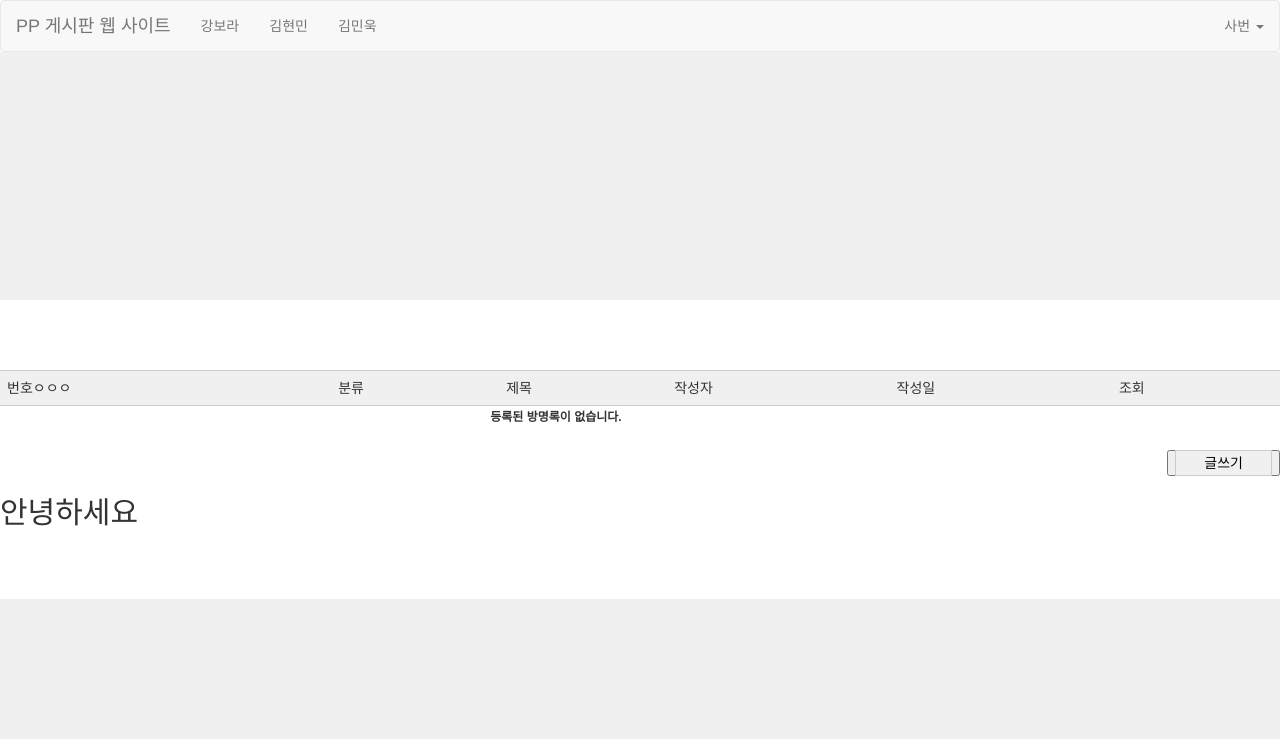
Repository: hyunminini/CommunityPage
Page: http://localhost/PP_Project/empMain.jsp
An editor plug-in stored every save of this project. The page is shown before and after the next save, followed by the edit.
The browser window is 1280 px wide. The pictures show the whole page.
Some web libraries are served in a nearby version. The page is served by Tomcat 9. Other server files are loaded and not shown. The template is opened directly, without the code that normally fills it, so the values that code supplies are empty.

Above is the page before, as saved 2022-09-28 09:14:34.

### PP_Project/WebContent/empMain.jsp
<%@ page language="java" contentType="text/html; charset=utf-8" pageEncoding="utf-8"%>
<%@ taglib prefix="c" uri="http://java.sun.com/jsp/jstl/core" %>
<%@ taglib prefix="fn" uri="http://java.sun.com/jsp/jstl/functions" %>

<!DOCTYPE html>
<html>
<head>
<meta http-equiv="Content-Type" content="text/html; charset=utf-8">
<meta name="viewport" content="width=device-width" initial-scal="1">
<link rel="stylesheet" href="css/bootstrap.css">
<link rel="stylesheet" href="css/layout.css">
<link rel="stylesheet" href="css/board-list.css">
<title>Main.jsp</title>


</head>
<body>

<!-- 네비게이션 -->
<nav class="navbar navbar-default">
		<!-- 네비게이션 상단 Header  -->
		<div class="navnar-header">
			<button
				type="button"
				class="navbar-toggle collapese"
				data-toggle="collapse"
				data-target="#bs-example-navbar-collapse-1"
				aria-expanded="false">

				<span class="icon-bar"></span>
				<span class="icon-bar"></span>
				<span class="icon-bar"></span>
			</button>
			<a class="navbar-brand" href="main.jsp">
				PP 게시판 웹 사이트
			</a>
		</div>

		<!-- 메뉴 영역 깃허브 링크 이동 -->
		<div class="collapse navbar-collapse" id="bs-example-navbar-collapse-1">
			<ul class="nav navbar-nav">
				<li><a href="#">강보라</a></li>
				<li><a href="#">김현민</a></li>
				<li><a href="#">김민욱</a></li>
			</ul>

			<!-- 메뉴 드랍다운 영역 -->
			<ul class="nav navbar-nav navbar-right">
				<li class="dropdown">
					<a href="#"
						class="dropdown-toggle"
						data-toggle="dropdown"
						role="button"
						aria-haspopup="true"
						aria-expanded="false"
					>
						사번  ${sessionScope.empno}

					<span class="caret"></span>
					</a>

				<!-- 드랍다운 아이템 영역 -->
				<ul class="dropdown-menu">
					<li class="active">
						<a href="logoutAction.jsp">로그아웃</a>
					</li>
				</ul>
			</li>
		</ul>
	</div>
</nav>

	<!-- 메인 이미지 -->
<div class="mainImg"></div>




<table align="center" border="0" cellpadding="5" cellspacing="2" width="100%" bordercolordark="white" bordercolorlight="black">

	<tr class="list-title">
        <td>
        	<p>번호ㅇㅇㅇ</p>
        </td>
        <td>
			<p>분류</p>
        </td>
        <td>
			<p>제목</p>
        </td>
        <td>
			<p>작성자</p>
        </td>
        <td>
			<p>작성일</p>
        </td>
        <td>
			<p>조회</p>
        </td>
    </tr>

 	<c:if test="${empty Main || fn:length(Main) == 0}">
		<tr>
	        <td colspan="5">
	            <p align="center"><b><span style="font-size:9pt;">등록된 방명록이 없습니다.</span></b></p>
	        </td>
	    </tr>
	</c:if>
		<c:forEach items="${requestScope.admin_entity}" var="data">

				    <tr class="board-list">
				        <td>
				            <p>공지사항</p>
				        </td>
				        <td>
				            <p>${data.category}</p>
				        </td>

			     		<td >
				            <p>
				           		<a href="ppProject.do?command=read&board_cnum=${data.board_cnum}"> <strong>${data.title}</strong></a>
				            </p>
				        </td>

				       <td>
				            <p>${data.ename}</p>
				        </td>
				        <td >
				            <p>${data.write_date}</p>
				        </td>
				        <td>
				            <p>${data.readnum}</p>
				        </td>
				    </tr>

			</c:forEach>
	<%-- ArrayList에  BoardDTO 객체를 하나하나 data라는 반복 대입해서 사용 --%>
	<c:forEach items="${requestScope.Main}" var="data">
		    <tr class="board-list">
		        <td>
		            <p>${data.board_cnum}</p>
		        </td>

		        <td>
		            <p>${data.category}</p>
		        </td>

	     		<td >
		            <p>
		           		<a href="board.do?command=read&board_cnum=${data.board_cnum}">${data.title}</a>
		            </p>
		        </td>

		       <td>
		            <p>${data.ename}</p>
		        </td>
		        <td >
		            <p>${data.write_date}</p>
		        </td>
		        <td>
		            <p>${data.readnum}</p>
		        </td>
		    </tr>
	</c:forEach>


</table>
<div class="add-wrap">
	<form action="board.do" method="post">

	<button type="submit"><a href="board.do?command=write&empno=${empno}">글쓰기</a></button>


	<input type="hidden" name="empno" value="${empno}"></input>

	</form>
</div>
<div><h2>안녕하세요</h2></div>
<footer>
	<div class="max-wrap">

	</div>
</footer>

<script src="https://code.jquery.com/jquery-3.1.1.min.js"></script>
<script src="js/bootstrap.js"></script>

</body>
</html>

### PP_Project/WebContent/css/layout.css
@charset "UTF-8";

	.navbar {
		margin: 0;
	}
	.mainImg {
		background: #f0f0f0;
		width: 100%;
		height: 248px;
	}

	footer {
		width:100%;
		height: 10em;
		margin: 0 auto;
		background: #f0f0f0;
		margin-top: 5em;
	}

### PP_Project/WebContent/css/board-list.css
@charset "UTF-8";

table {
	margin-top: 5em;
}

.list-title {
}

.list-title td {
	background: #f0f0f0;
	border-top: 1px solid #ccc;
	border-bottom: 1px solid #ccc;
}

.list-title p {
	margin: 0;
	padding: 0.5em;
}

.board-list td {
	border-bottom: 1px solid #ccc;
}

.board-list p {
	margin: 0;
	padding: 0.5em;
}

.board-list p a {
	color: #000;
}

.add-wrap a {
	padding: 0.3em 2em 0.3em 2em;
	background: #f0f0f0;
	border: 1px solid #ccc;
	color: #000;
}

.add-wrap {
	margin-top: 1em;
	text-align:right;
}

Loaded but not shown: PP_Project/WebContent/css/bootstrap.css (library); PP_Project/WebContent/js/bootstrap.js (library)

After the next save:
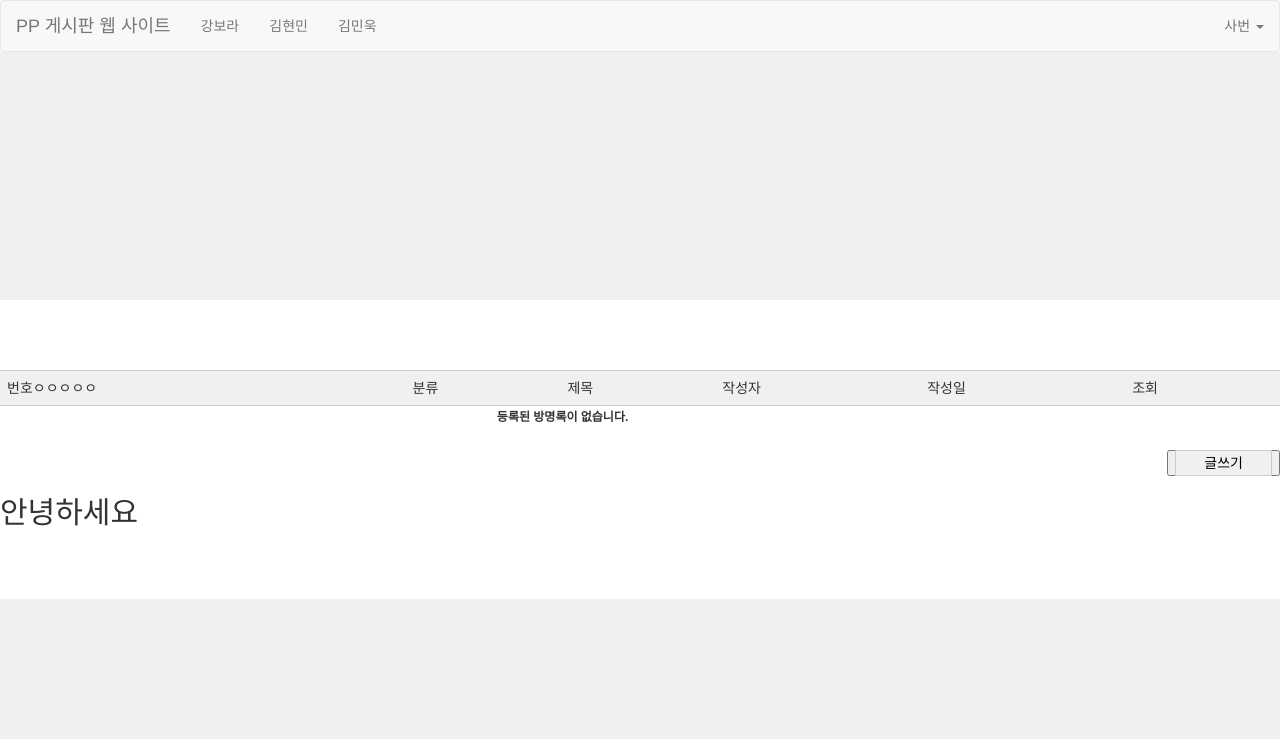
Saved 18 s later.
--- a/PP_Project/WebContent/empMain.jsp
+++ b/PP_Project/WebContent/empMain.jsp
@@ -80,7 +80,7 @@
 
 	<tr class="list-title">
         <td>
-        	<p>번호ㅇㅇㅇ</p>
+        	<p>번호ㅇㅇㅇㅇㅇ</p>
         </td>
         <td>
 			<p>분류</p>
